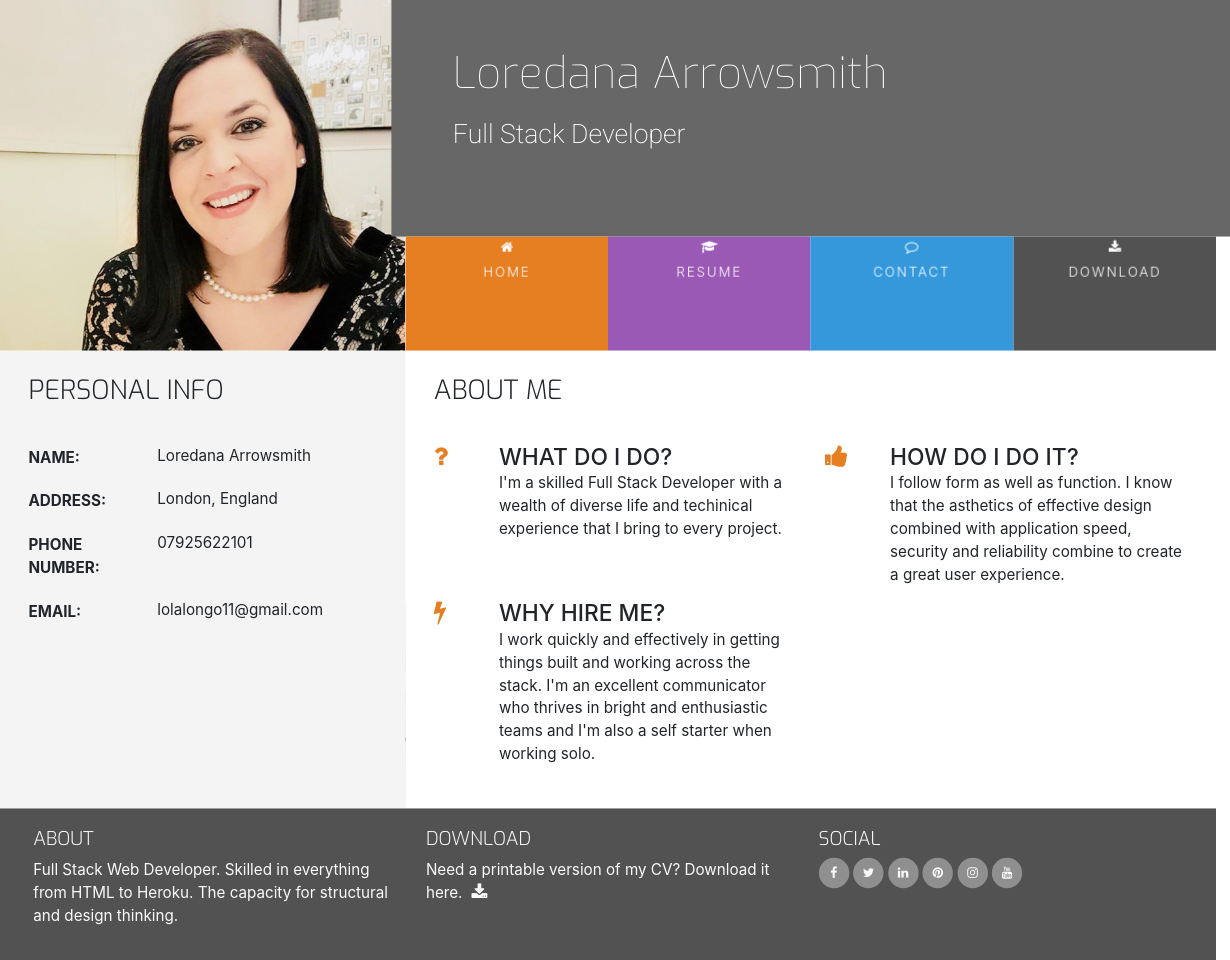
Repository: lolalongo11/Loredana-Resume
Page: resume.html
The author's editor kept a record of every edit. The page is drawn from the files as they stood at one moment, then again after the next edit.
The browser window is 1280 px wide. The page is 1295 px wide, so the pictures cover 1295 px, including what lies to the right of the window. The pictures show the whole page, at 95% of full size.

Above is the page before.

After the next edit:
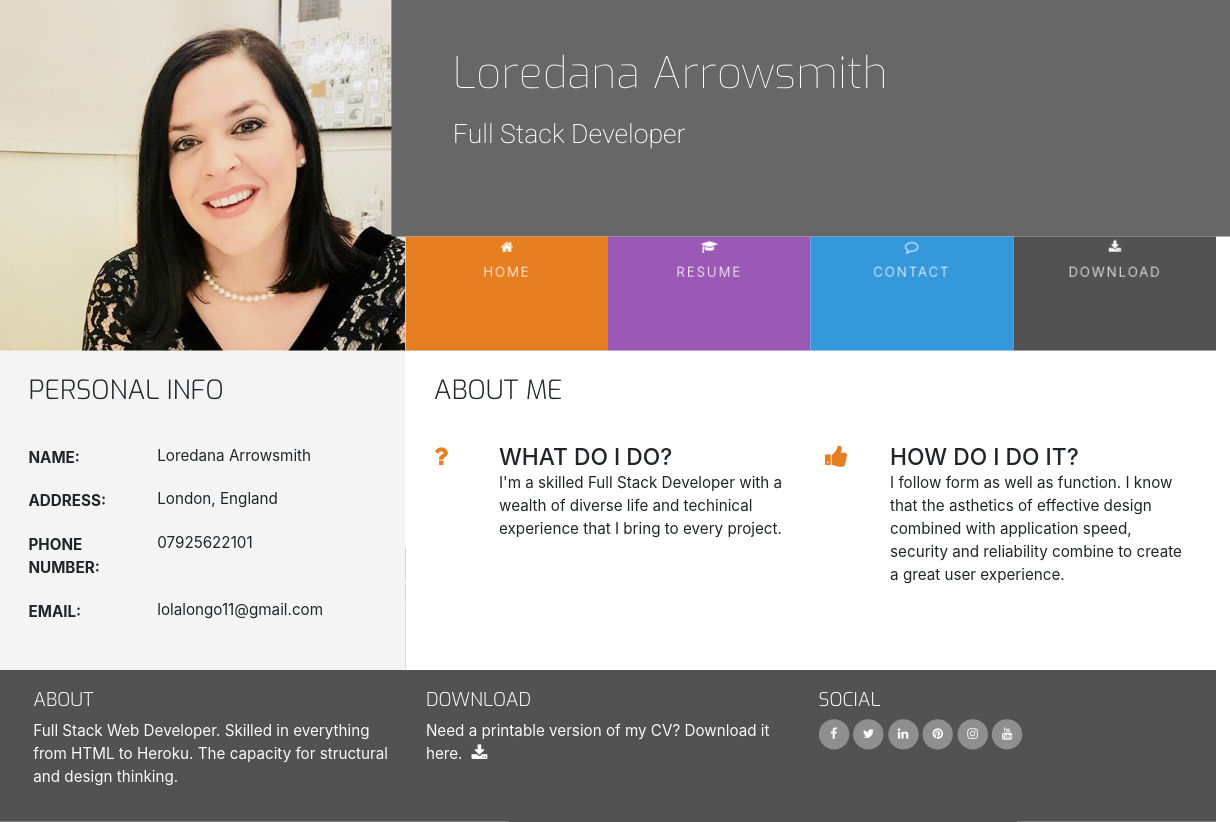
The edit:
--- a/resume.html
+++ b/resume.html
@@ -137,19 +137,6 @@
                             </div>
                         </div>
                     </div>
-                    <div class="col-10 offset-1 offset-sm-0 col-sm-4 col-md-6">
-                        <div class="row">
-                            <div class="col-2">
-                                <i class="three-reasons-icon fa fa-bolt" aria-hidden="true"></i>
-                            </div>
-                            <div class="col-10">
-                                <h4 class="three-reasons-heading uppercase">Why hire me?</h4>
-                                <p>
-                                    I work quickly and effectively in getting things built and working across the stack. I'm an excellent communicator who thrives in bright and enthusiastic teams and I'm also a self starter when working solo.
-                                </p>
-                            </div>
-                        </div>
-                    </div>
                 </div>
             </div>
         </div>
